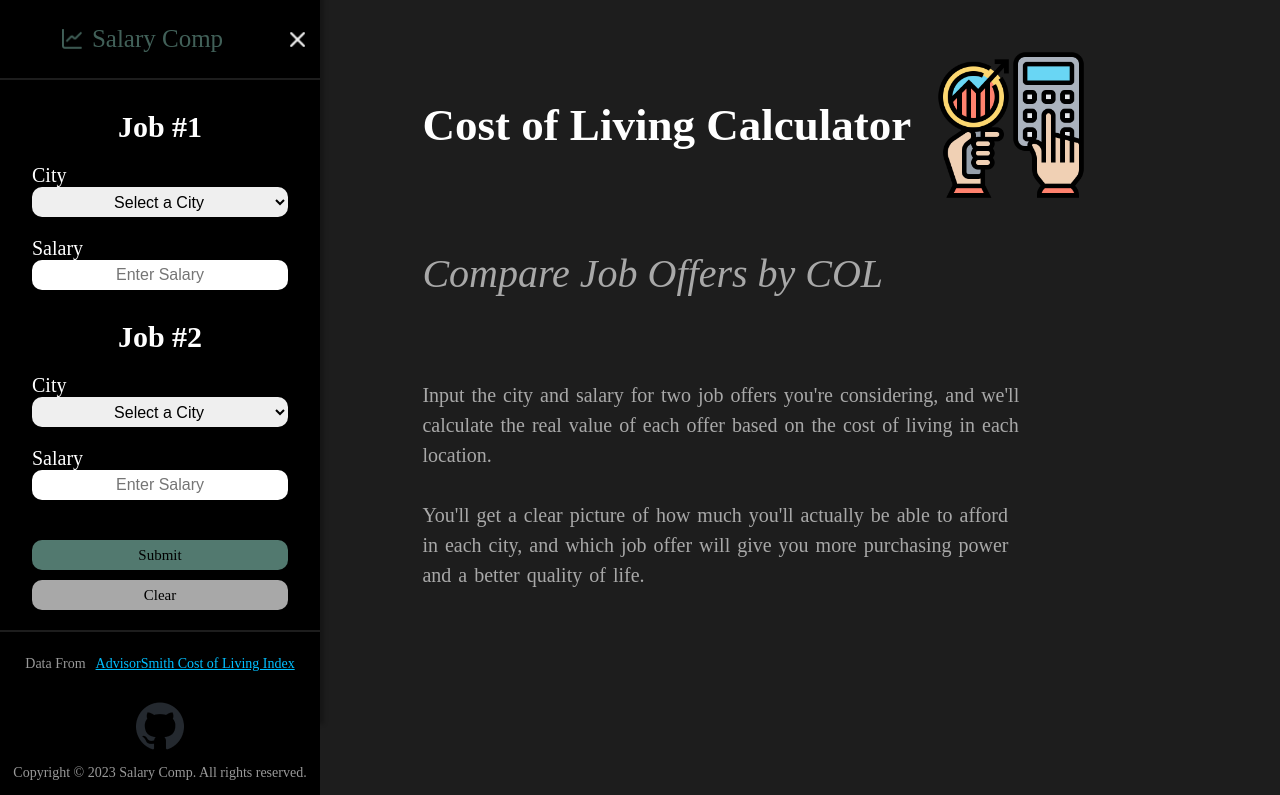
Repository: robbymcd/Salary-Comp
Page: /
The author's editor kept a copy of each file at every save. The page is drawn from the files as they stood at one save, then again after the next save.
The browser window is 1280 px wide. The pictures show the whole page.
Some web fonts or font styles are not loaded; a fallback is used. The project was rebuilt for these pictures with package versions that can differ from the ones it lists, and the page was loaded fresh each time. Also part of the build but not shown: src/Main.css, src/Main.js.

Above is the page before, as saved 2023-06-16 11:47:03.

### public/index.html
<!DOCTYPE html>
<html lang="en">
  <head>
    <meta charset="utf-8" />
    <link rel="icon" href="%PUBLIC_URL%/favicon.ico" />
    <meta name="viewport" content="width=device-width, initial-scale=1" />
    <meta name="theme-color" content="#000000" />
    <meta
      name="description"
      content="Compare Job Offers by COL"
    />
    <link rel="apple-touch-icon" href="%PUBLIC_URL%/logo192.png" />
    <!--
      manifest.json provides metadata used when your web app is installed on a
      user's mobile device or desktop. See https://developers.google.com/web/fundamentals/web-app-manifest/
    -->
    <link rel="manifest" href="%PUBLIC_URL%/manifest.json" />
    <!--
      Notice the use of %PUBLIC_URL% in the tags above.
      It will be replaced with the URL of the `public` folder during the build.
      Only files inside the `public` folder can be referenced from the HTML.

      Unlike "/favicon.ico" or "favicon.ico", "%PUBLIC_URL%/favicon.ico" will
      work correctly both with client-side routing and a non-root public URL.
      Learn how to configure a non-root public URL by running `npm run build`.
    -->
    <title>Salary Comp</title>
  </head>
  <body>
    <noscript>You need to enable JavaScript to run this app.</noscript>
    <div id="root"></div>
    <!--
      This HTML file is a template.
      If you open it directly in the browser, you will see an empty page.

      You can add webfonts, meta tags, or analytics to this file.
      The build step will place the bundled scripts into the <body> tag.

      To begin the development, run `npm start` or `yarn start`.
      To create a production bundle, use `npm run build` or `yarn build`.
    -->
  </body>
</html>

### src/index.css
body {
  margin: 0;
  font-family: -apple-system, BlinkMacSystemFont, 'Segoe UI', 'Roboto', 'Oxygen',
    'Ubuntu', 'Cantarell', 'Fira Sans', 'Droid Sans', 'Helvetica Neue',
    sans-serif;
  -webkit-font-smoothing: antialiased;
  -moz-osx-font-smoothing: grayscale;
  height: 100%;
  width: 100%;
}

html {
  height: 100%;
  width: 100%;
  background-color: #1D1D1D;
}

code {
  font-family: source-code-pro, Menlo, Monaco, Consolas, 'Courier New',
    monospace;
}

### src/App.js
import React, { useState } from 'react';
import './App.css';
import Sidebar from './Sidebar.js';
import Content from './Content.js';

function App() {
  const [isSubmitted, setIsSubmitted] = useState(false);
  const [cityCOL1, setCityCOL1] = useState('');
  const [cityCOL2, setCityCOL2] = useState('');
  const [cityName1, setCityName1] = useState('');
  const [cityName2, setCityName2] = useState('');
  const [salary1, setSalary1] = useState('');
  const [salary2, setSalary2] = useState('');

  const handleFormSubmit = (formData) => {
    setIsSubmitted(true);
    setCityCOL1(formData.cityCOL1);
    setCityCOL2(formData.cityCOL2);
    setCityName1(formData.cityName1);
    setCityName2(formData.cityName2);
    setSalary1(formData.salary1);
    setSalary2(formData.salary2);
  };

  return (
    <div className="main">
        <Sidebar onFormSubmit={handleFormSubmit}/>
        <Content isSubmitted={isSubmitted} cityCOL1={cityCOL1} cityCOL2={cityCOL2} cityName1={cityName1} cityName2={cityName2} salary1={salary1} salary2={salary2} />
    </div>
  );
}

export default App;

### src/App.css
.main {
    display: flex;
    flex-direction: row;
    height: 200%;
    width: 100%;
    background-color: #1D1D1D;
}

### src/Sidebar.js
import React, { useState, useRef } from 'react';
import plus from './plus.png';
import './Sidebar.css';
import chart from './chart.png';
import github from './github.png';
import x from './x.png';
import './OpenSidebar.css';
import './Select.css';

export default function Sidebar( { onFormSubmit } ) {
    const [isOpen, setIsOpen] = useState(true);
    const [isClosed, setIsClosed] = useState(false);

    const [city1, setCity1] = useState('0');
    const [city2, setCity2] = useState('0');

    const [salary1, setSalary1] = useState('');
    const [salary2, setSalary2] = useState('');


    const [error, setError] = useState(false);

    const selectRef1 = useRef(null);
    const selectRef2 = useRef(null);

    const formatSalary = (salary) => {
        salary = salary.replace(/[^0-9]/g, '');

        // Convert the salary to a number and format it with commas
        const formattedSalary = Number(salary).toLocaleString();

        // Add the '$' symbol
        return '$' + formattedSalary;
    }

    const openSidebar = () => {
        setIsOpen(true);
        setIsClosed(false);
    }

    const closeSidebar = () => {
        setIsOpen(false);
        setIsClosed(true);
    }

    const city1ChangeHandler = (event) => {
        setCity1(event.target.value)
    }

    const city2ChangeHandler = (event) => {
        setCity2(event.target.value);
    }


    const salary1ChangeHandler = (event) => {
        const inputValue = event.target.value;
        const formattedValue = formatSalary(inputValue);
        const regex = /\d/;

        if (regex.test(formattedValue[formattedValue.length - 1])) {
          setSalary1(formattedValue);
        } else {
            setSalary1(formattedValue.slice(0, formattedValue.length - 1));
        }
      }


    const salary2ChangeHandler = (event) => {
        const inputValue = event.target.value;
        const formattedValue = formatSalary(inputValue);
        const regex = /\d/;
        if (regex.test(formattedValue[formattedValue.length - 1])) {
            setSalary2(formattedValue);
        } else {
            setSalary2(formattedValue.slice(0, formattedValue.length - 1));
        }
    }

    const refresh = () => {
        window.location.reload(false);
    }

    const submitHandler = (event) => {
        event.preventDefault();
        if (city1 === '0' | city2 === '0' | salary1 === '' | salary2 === '') {
            setError(true);
            return;
        }
        setError(false);
        const formData = {
            cityCOL1: city1,
            cityCOL2: city2,
            cityName1: selectRef1.current.options[selectRef1.current.selectedIndex].text,
            cityName2: selectRef2.current.options[selectRef2.current.selectedIndex].text,
            salary1: salary1,
            salary2: salary2
        };
        onFormSubmit(formData);
    }

    const clearHandler = (event) => {
        event.preventDefault();
        setError(false);
        setCity1('0');
        setCity2('0');
        setSalary1('');
        setSalary2('');
    }

    return (
        <div className="sidebar">
            {isClosed && (
                <div className='closed-sidebar'>
                <img
                    className="plusIcon"
                    src={plus}
                    alt="plus"
                    onClick={openSidebar}
                />
            </div>
            )}
            {isOpen && (
                <div className='open-sidebar'>
                <div className='sidebar-header'>
                    <div className='logo' onClick={refresh}>
                        <img className='chart' src={chart} alt='Chart'></img>
                        <p>Salary Comp</p>
                    </div>
                    <img className='x' src={x} alt='x' onClick={closeSidebar}></img>
                </div>
                <form className='form' onSubmit={onFormSubmit}>
                    <h1>Job #1</h1>
                    <div className='city'>
                        <label>City</label>
                        <div className="select-main">
                            <select ref={selectRef1} value={city1} className='select-input' onChange={city1ChangeHandler}>
                                <option value='0'>Select a City</option>
                                <option value='89.1'>Abilene, TX</option>
                                <option value='90.5'>Adrian, MI</option>
                                <option value='89.4'>Akron, OH</option>
                                <option value='85.8'>Alamogordo, NM</option>
                                <option value='87.3'>Albany, GA</option>
                                <option value='105.4'>Albany, OR</option>
                                <option value='100.1'>Albany, NY</option>
                                <option value='90.9'>Albertville, AL</option>
                                <option value='92.9'>Albuquerque, NM</option>
                                <option value='86.2'>Alexandria, LA</option>
                                <option value='98.9'>Allentown, PA</option>
                                <option value='90.8'>Altoona, PA</option>
                                <option value='88.2'>Amarillo, TX</option>
                                <option value='91.5'>Ames, IA</option>
                                <option value='110.7'>Anchorage, AK</option>
                                <option value='99.3'>Ann Arbor, MI</option>
                                <option value='85.7'>Anniston, AL</option>
                                <option value='90.7'>Appleton, WI</option>
                                <option value='103.3'>Asheville, NC</option>
                                <option value='87.4'>Ashtabula, OH</option>
                                <option value='88.5'>Athens, OH</option>
                                <option value='92.9'>Athens, TX</option>
                                <option value='95'>Athens, GA</option>
                                <option value='100.3'>Atlanta, GA</option>
                                <option value='102'>Atlantic City, NJ</option>
                                <option value='93.7'>Auburn, NY</option>
                                <option value='91.9'>Auburn, AL</option>
                                <option value='91.6'>Augusta, GA</option>
                                <option value='100'>Augusta, ME</option>
                                <option value='106.6'>Austin, TX</option>
                                <option value='102.9'>Bakersfield, CA</option>
                                <option value='107'>Baltimore, MD</option>
                            </select>
                        </div>
                    </div>
                    <div className='salary'>
                        <label>Salary</label>
                        <input className='salary-input' type='text' placeholder='Enter Salary' onChange={salary1ChangeHandler} value={salary1}></input>
                    </div>
                    <h1>Job #2</h1>
                    <div className='city'>
                        <label>City</label>
                        <div className="select-main">
                            <select ref={selectRef2} value={city2} className='select-input' onChange={city2ChangeHandler}>
                                <option value='0'>Select a City</option>
                                <option value='89.1'>Abilene, TX</option>
                                <option value='90.5'>Adrian, MI</option>
                                <option value='89.4'>Akron, OH</option>
                                <option value='85.8'>Alamogordo, NM</option>
                                <option value='87.3'>Albany, GA</option>
                                <option value='105.4'>Albany, OR</option>
                                <option value='100.1'>Albany, NY</option>
                                <option value='90.9'>Albertville, AL</option>
                                <option value='92.9'>Albuquerque, NM</option>
                                <option value='86.2'>Alexandria, LA</option>
                                <option value='98.9'>Allentown, PA</option>
                                <option value='90.8'>Altoona, PA</option>
                                <option value='88.2'>Amarillo, TX</option>
                                <option value='91.5'>Ames, IA</option>
                                <option value='110.7'>Anchorage, AK</option>
                                <option value='99.3'>Ann Arbor, MI</option>
                                <option value='85.7'>Anniston, AL</option>
                                <option value='90.7'>Appleton, WI</option>
                                <option value='103.3'>Asheville, NC</option>
                                <option value='87.4'>Ashtabula, OH</option>
                                <option value='88.5'>Athens, OH</option>
                                <option value='92.9'>Athens, TX</option>
                                <option value='95'>Athens, GA</option>
                                <option value='100.3'>Atlanta, GA</option>
                                <option value='102'>Atlantic City, NJ</option>
                                <option value='93.7'>Auburn, NY</option>
                                <option value='91.9'>Auburn, AL</option>
                                <option value='91.6'>Augusta, GA</option>
                                <option value='100'>Augusta, ME</option>
                                <option value='106.6'>Austin, TX</option>
                                <option value='102.9'>Bakersfield, CA</option>
                                <option value='107'>Baltimore, MD</option>
                            </select>
                        </div>
                    </div>
                    <div className='salary'>
                        <label>Salary</label>
                        <input className='salary-input' type='text' placeholder='Enter Salary' onChange={salary2ChangeHandler} value={salary2}></input>
                        {error && <p className='error'>Please fill out all fields</p>}
                    </div>
                    <div className='button-container'>
                        <div className='submit-container'>
                            <button className='submit' onClick={submitHandler} type='submit'>Submit</button>
                        </div>
                        <div className='clear-container'>
                            <button className='clear' onClick={clearHandler}>Clear</button>
                        </div>
                    </div>
                </form>
                <div className='footer'>
                    <div className='hiw'>
                        <p>Data From</p>
                        <a href='https://advisorsmith.com/data/coli' target='_blank' rel='noopener noreferrer'>AdvisorSmith Cost of Living Index</a>
                    </div>
                    <img className='github' src={github} alt='github'></img>
                    <p className='copyright'>Copyright © 2023 Salary Comp. All rights reserved.</p>
                </div>
            </div>
            )}
        </div>
    );
}

### src/Content.js
import React from 'react';
import './Content.css';
import Instruction from './Instruction.js';
import Main from './Main.js';

export default function Content({ isSubmitted ,cityCOL1 ,cityCOL2, cityName1, cityName2 , salary1, salary2 }) {

    return (
        <div className='Content-container'>
            {isSubmitted ? <Main cityCOL1={cityCOL1} cityCOL2={cityCOL2} cityName1={cityName1} cityName2={cityName2} salary1={salary1} salary2={salary2}/> : <Instruction />}
        </div>
    );
}

### src/Sidebar.css
@import url('https://fonts.googleapis.com/css?family=Roboto-Mono');
@import url('https://fonts.googleapis.com/css?family=Mukta-Vaani');
.sidebar {
    display: flex;
    height: 100vh;
    width: fit-content;
}

.closed-sidebar {
    display: flex;
    height: 100vh;
    width: fit-content;
    margin-right: 22vw;
}

.plusIcon {
    height: 30px;
    width: 30px;
    margin-left: 20px;
    align-self: center;
    cursor: pointer;
}

.plusIcon:hover {
    opacity: 0.5;
}

.error {
    display: flex;
    font-size: 15px;
    margin-bottom: -15px;
    color: #BA1F33;
}

.button-container {
    display: flex;
    flex-direction: column;
    gap: 10px;
    margin-top: 20px;
}

.submit-container {
    display: flex;
}

.submit {
    height: 30px;
    width: clamp(100px, 20vw, 300px);
    border-radius: 10px;
    border: none;
    outline: none;
    cursor: pointer;
    background-color: #52796F;
    font-family: Mukta Vaani;
    font-size: 15px;
    color: #000;
    box-shadow: 0px 4px 4px rgba(0, 0, 0, 0.25);
}

.submit:hover {
    opacity: 0.8;
}

.clear-container {
    display: flex;
}

.clear {
    height: 30px;
    width: clamp(100px, 20vw, 300px);
    border-radius: 10px;
    border: none;
    outline: none;
    cursor: pointer;
    background-color: #a8a8a8;
    font-family: Mukta Vaani;
    font-size: 15px;
    color: #000;
    box-shadow: 0px 4px 4px rgba(0, 0, 0, 0.25);
}

.clear:hover {
    opacity: 0.8;
}

@media screen and (min-width: 1650px) {
    .button-container {
        gap: 20px;
    }
}

### src/OpenSidebar.css
@import url('https://fonts.googleapis.com/css?family=Roboto-Mono');
@import url('https://fonts.googleapis.com/css?family=Mukta-Vaani');

.open-sidebar {
    display: flex;
    flex-direction: column;
    height: 100vh;
    width: 25vw;
    background-color: #000;
    box-shadow: 0px 0px 4px 4px rgba(0, 0, 0, 0.25);
    margin-right: 8vw;
    transition: transform 0.3s ease-in-out;
}

.sidebar-header {
    display: flex;
    width: 25vw;
    border-bottom: 2px solid #1d1d1d;
    justify-content: space-between;
    align-items: center;
}

.sidebar-wrapper {
    display: inline-block;
}

.centering {
    display: flex;
    flex-direction: row;
    width: 100%;
    align-self: center;
    align-items: center;
    justify-content: center;
}

.logo {
    display: flex;
    flex-direction: row;
    width: 100%;
    align-items: center;
    justify-content: center;
    gap: 10px;
    cursor: pointer;
}

.logo:hover {
    opacity: .8;
}

.logo p {
    font-family: Roboto Mono;
    color: #52796F;
    font-size: 25px;
}

.chart {
    height: 20px;
    width: 20px;
}

.city {
    display: flex;
    flex-direction: column;
    font-family: Mukta Vaani;
    font-style: normal;
    font-weight: 300;
    font-size: 20px;
    color: #fff;
}

.salary{
    display: flex;
    flex-direction: column;
    font-family: Mukta Vaani;
    font-style: normal;
    font-weight: 300;
    font-size: 20px;
    color: #fff;
}

.salary label {
    display: flex;
    justify-self: center;
}

.form {
    display: flex;
    flex-direction: column;
    font-family: Mukta Vaani;
    height: 100%;
    align-items: center;
    gap: 20px;
    border-bottom: 2px solid #1d1d1d;
    justify-content: center;
    padding: 20px;
}

.form h1 {
    color: #fff;
    font-family: Roboto Mono;
    font-size: 30px;
    font-weight: 700;
    font-style: normal;
    text-align: center;
    margin-top: 10px;
    margin-bottom: 0px;
}

select {
    cursor: pointer;
}

input {
    text-decoration: none;
    height: 30px;
    width: clamp(100px, 20vw, 300px);
    border-radius: 10px;
    outline: none;
    border: none;
    padding: 0;
    text-align: center;
    font-size: 16px;
    cursor: pointer;
}

.salarycomp {
    height: 80px;
    width: 360px;
}

.x {
    height: 25px;
    width: 25px;
    cursor: pointer;
    margin-right: 10px;
}

.x:hover {
    opacity: 0.5;
    transition: ease-in-out 0.2s;
}

.footer {
    display: flex;
    flex-direction: column;
    align-items: center;
    justify-content: center;
    width: 100%;
    background-color: #000;
}

.footer p {
    color: #fff;
    opacity: .6;
    font-family: 'Mukta Vaani';
    font-style: normal;
    font-weight: 300;
    font-size: 14px;
    text-align: center;
}

.hiw {
    display: flex;
    flex-direction: row;
    align-items: center;
    justify-content: center;
    margin-top: 10px;
    margin-bottom: 5px;
    gap: 10px;
}

.hiw a {
    font-size: 14px;
    font-weight: 300;
    font-family: 'Mukta Vaani';
    color: #00bfff;
}

.hiw a:hover {
    opacity: 0.5;
    transition: ease-in-out 0.2s;
}

.github {
    height: 50px;
    width: 50px;
    margin-top: 10px;
    cursor: pointer;
}

.github:hover {
    opacity: 0.8;
}

@media screen and (max-width: 1000px) {
    .footer p {
        font-size: 10px;
    }

    .hiw a {
        font-size: 10px;
    }

    .hiw {
        margin-top: 10px;
        margin-bottom: 5px;
        gap: 5px;
    }
}

@media screen and (min-height: 800px) {
    .form h1 {
        margin-top: 0;
        margin-bottom: 20px;
    }

    input {
        margin-bottom: 50px;
    }
}

### src/Select.css
.select-main {
    text-decoration: none;
    height: 30px;
    width: clamp(100px, 20vw, 300px);
    border-radius: 10px;
    outline: none;
    text-align: center;
    font-size: 16px;
}

.select-main select {
    text-align: center;
    text-decoration: none;
    outline: none;
    border: none;
    height: 30px;
    width: clamp(100px, 20vw, 300px);
    border-radius: 10px;
    font-size: 16px;
    padding-left: 10px;
}

### src/Content.css
@import url('https://fonts.googleapis.com/css?family=Kadwa');
@import url('https://fonts.googleapis.com/css?family=Hind-Madurai');

.Content-container {
    display: flex;
    width: 100%;
}

.header {
    display: flex;
    flex-direction: row;
    align-items: center;
    margin-top: 50px;
    gap: 25px;
}

.content h1 {
    font-family: Kadwa;
    font-weight: bold;
    font-size: 45px;
    height: 100%;
    margin: 0;
}

.content h2 {
    font-family: Hind Madurai;
    font-size: 40px;
    color: #a8a8a8;
    margin-top: 50px;
    width: 75%;
    font-weight: 500;
    font-style: italic;
}

.content p {
    display: flex;
    width: 50vw;
    font-family: Hind Madurai;
    font-size: 20px;
    color: #a8a8a8;
    word-spacing: 2px;
    line-height: 1.5;
    margin-top: 50px;
    width: 70%;
}

.content {
    display: flex;
    flex-direction: column;
    color: #fff;
    height: fit-content;
    width: 100%;
    justify-items: center;
}

.calculator {
    display: flex;
    height: 150px;
    width: 150px;
}

### src/Instruction.js
import calculator from './calculator.png';

export default function Instruction() {
    return (
        <div className="content">
            <div className="header">
                <h1>Cost of Living Calculator</h1>
                <img className="calculator" src={calculator} alt='calculator'></img>
            </div>
            <h2>Compare Job Offers by COL</h2>
            <p>Input the city and salary for two job offers you're considering, and we'll calculate the real value of each offer based on the cost of living in each location.<br/><br/>You'll get a clear picture of how much you'll actually be able to afford in each city, and which job offer will give you more purchasing power and a better quality of life.
            </p>
        </div>
    );
}

Loaded but not shown: src/index.js (common file); src/reportWebVitals.js (common file)

After the next save:
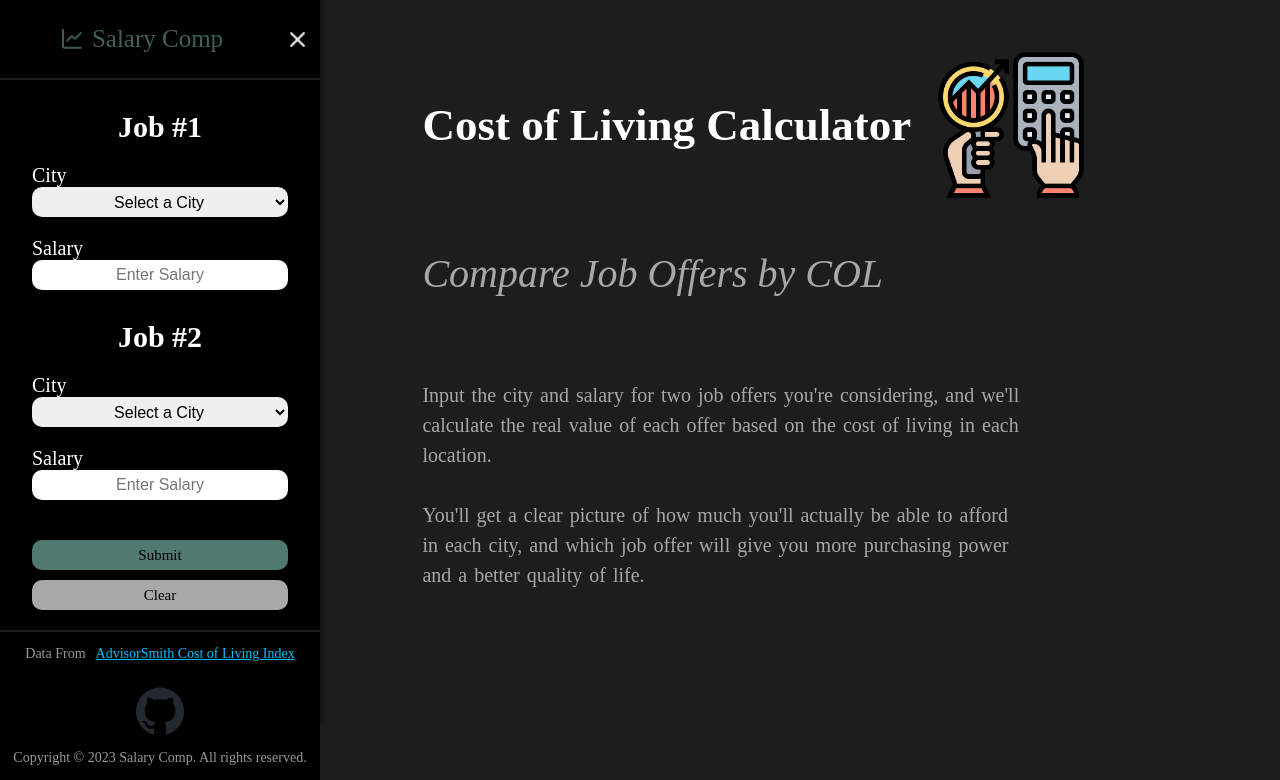
Saved 12 s later.
--- a/src/OpenSidebar.css
+++ b/src/OpenSidebar.css
@@ -164,8 +164,6 @@ input {
     flex-direction: row;
     align-items: center;
     justify-content: center;
-    margin-top: 10px;
-    margin-bottom: 5px;
     gap: 10px;
 }
 
